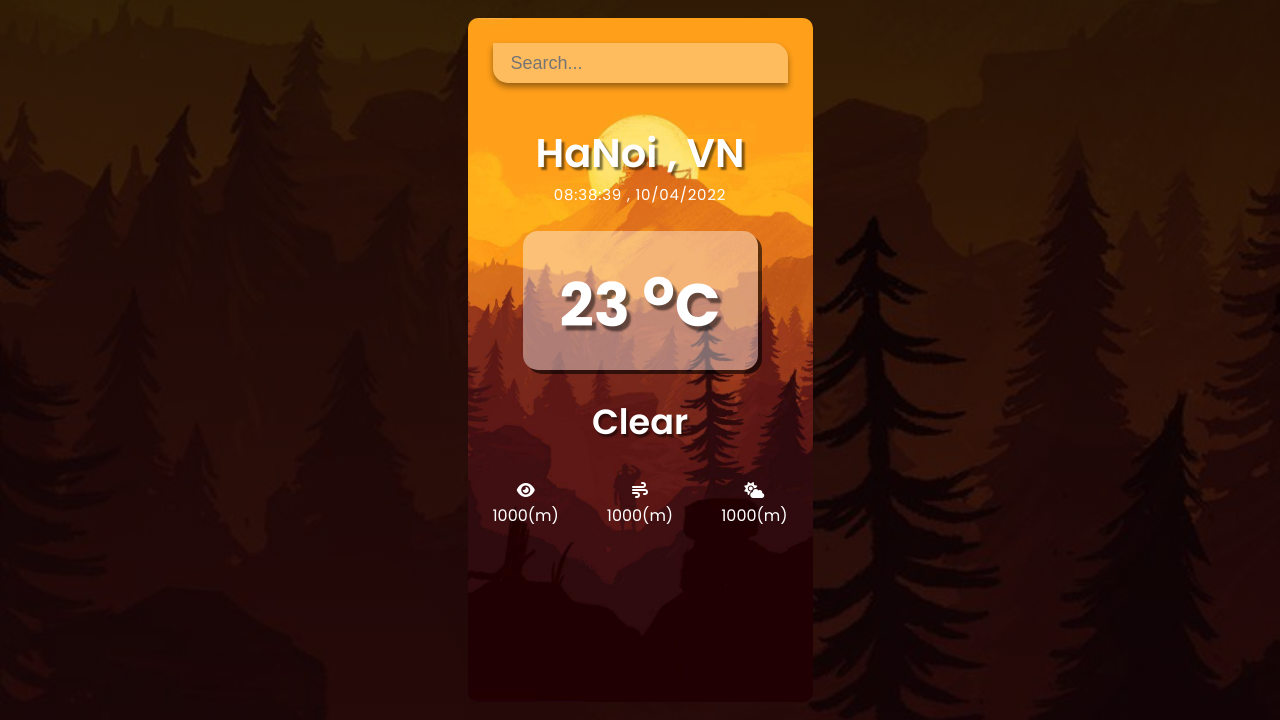
Repository: NguyenDuc-Huy/API_WEATHER
Page: index.html
The author's editor kept a copy of each file at every save. The page is drawn from the files as they stood at one save, then again after the next save.
The browser window is 1280 px wide. The pictures show the whole page.
Some web libraries are served in a nearby version.

Above is the page before, as saved 2022-04-10 15:56:41.

### index.html
<!DOCTYPE html>
<html lang="en">

<head>
    <meta charset="UTF-8">
    <meta http-equiv="X-UA-Compatible" content="IE=edge">
    <meta name="viewport" content="width=device-width, initial-scale=1.0">
    <link rel="stylesheet" href="https://cdnjs.cloudflare.com/ajax/libs/font-awesome/6.1.1/css/all.min.css">
    <link rel="preconnect" href="https://fonts.googleapis.com">
    <link rel="preconnect" href="https://fonts.gstatic.com" crossorigin>
    <link href="https://fonts.googleapis.com/css2?family=Poppins:wght@300;400;500;600;700;800&display=swap"
        rel="stylesheet">
    <link rel="stylesheet" href="style.css">
    <title>Weather app</title>
</head>

<body>
    <div id="weather">
        <input type="text" class="search" placeholder="Search...">
        <div class="content">
            <div class="location">
                <span class="city">HaNoi</span>
                <span>,</span>
                <span class="country">VN</span>
            </div>
            <div class="datetime">
                <span class="time">08:38:39</span>
                <span>,</span>
                <span class="date">10/04/2022</span>
            </div>
            <div class="temperature">
                <span class="no">23</span>
                <span class="degree"><sup>o</sup>C</span>
            </div>
            <p class="desc">Clear</p>
            <div class="more-desc">
                <div>
                    <i class="fa-solid fa-eye"></i>
                    <p>1000(m)</p>
                </div>
                <div>
                    <i class="fa-solid fa-wind"></i>
                    <p>1000(m)</p>
                </div>
                <div>
                    <i class="fa-solid fa-cloud-sun"></i>
                    <p>1000(m)</p>
                </div>
            </div>
        </div>
    </div>
</body>
<script src="app.js"></script>

</html>

### style.css
* {
  margin: 0;
  padding: 0;
  box-sizing: border-box;
}
body {
  width: 100vw;
  height: 100vh;
  display: flex;
  justify-content: center;
  align-items: center;
  font-family: "Poppins", sans-serif;
  background: linear-gradient(to bottom, rgba(0, 0, 0, 0.8), rgba(0, 0, 0, 0.6)),
    url("./image/hot.png") no-repeat center/cover;
}
#weather {
  background: url("./image/hot.png") no-repeat center/cover;
  width: 345px;
  height: 95vh;
  display: flex;
  flex-direction: column;
  align-items: center;
  padding: 25px;
  border-radius: 10px;
}
.search {
  border-radius: 0 15px 0 15px;
  border: none;
  outline: none;
  padding: 18px 18px;
  width: 100%;
  height: 40px;
  font-size: 18px;
  box-shadow: 0 4px 6px rgba(0, 0, 0, 0.4);
  background-color: rgba(255, 255, 255, 0.3);
  transition: all 0.3s;
}
.search:focus {
  border-radius: 15px 0 15px 0;
  background-color: rgba(255, 255, 255, 0.8);
}
.content {
  width: 100%;
  color: #fff;
  text-align: center;
}
.location {
  margin-top: 40px;
  font-size: 40px;
  font-weight: 600;

  text-shadow: 3px 3px 2px rgba(0, 0, 0, 0.5);
}
.datetime {
  font-size: 15px;
  letter-spacing: 0.8px;
}
.temperature {
  font-size: 60px;
  margin: 25px 30px;
  background-color: rgba(255, 255, 255, 0.4);
  box-shadow: 4px 4px rgba(0, 0, 0, 0.6);
  padding: 20px 25px;
  border-radius: 15px;
  text-shadow: 4px 5px 2px rgba(0, 0, 0, 0.5);
  font-weight: 700;
}
.desc {
  margin: 20px 0 30px;
  font-weight: 600;
  font-size: 35px;
  text-shadow: 2px 3px 2px rgba(0, 0, 0, 0.5);
}
.more-desc {
  display: flex;
  flex-direction: row;
  justify-content: space-between;
  align-items: center;
}

Loaded but not shown: app.js (no copy from this time; the picture is the same without it)

After the next save:
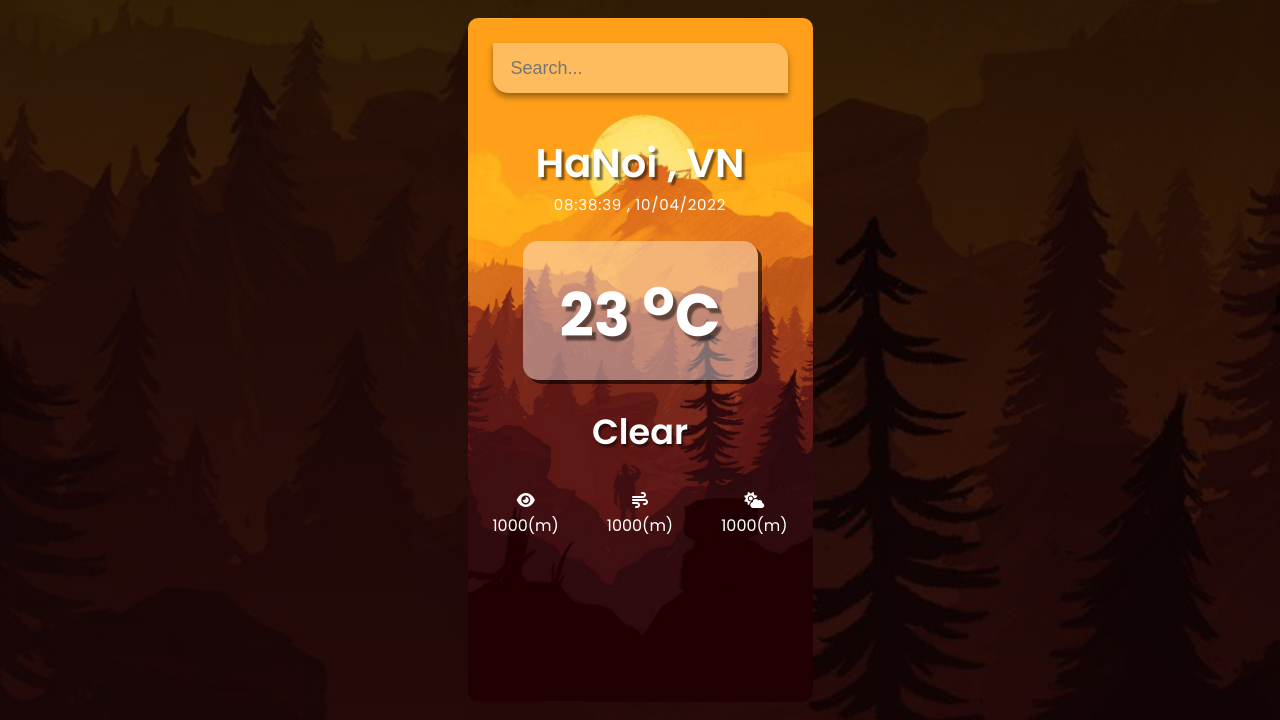
Saved 42 s later.
--- a/style.css
+++ b/style.css
@@ -27,7 +27,7 @@
   border-radius: 0 15px 0 15px;
   border: none;
   outline: none;
-  padding: 18px 18px;
+  padding: 25px 18px;
   width: 100%;
   height: 40px;
   font-size: 18px;
